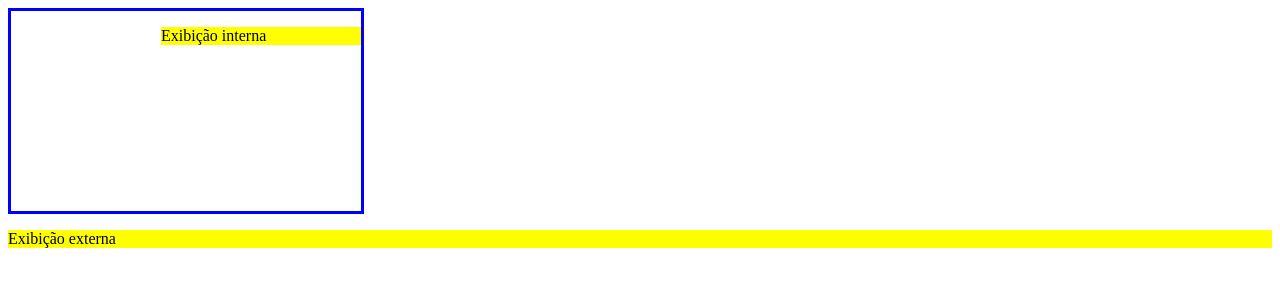
Repository: NicholasMaestrello/treinamento-impacta
Page: DesenvolvimentoJava/Modulo06/01_ConceitosHTMLCSS/WebContent/exemplo_box.html
These files come from the project's save history. The page is drawn as it stood at one moment and after the next save; the edit follows.
The browser window is 1280 px wide. The pictures show the whole page.

Above is the page before, as saved 2017-10-18 16:48:30.

### DesenvolvimentoJava/Modulo06/01_ConceitosHTMLCSS/WebContent/exemplo_box.html
<!DOCTYPE html>
<html>
<head>
<meta charset="ISO-8859-1">
<title>Exemplo de box </title>

<style type="text/css">
	.modo{
		width: 200px;
		height: 200px;
		padding-left: 150px;
		border: 3px solid blue;
	}

	p{
		background-color: yellow;
	}
</style>

</head>
<body>

	<div class="modo">
		<p>Exibição interna</p>
	</div>
	<p>Exibição externa</p>

</body>
</html>

After the next save:
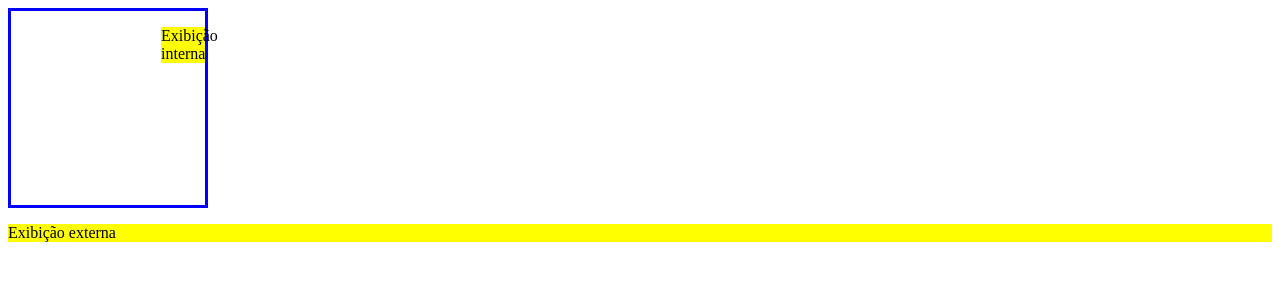
Saved 3 min 18 s later.
--- a/DesenvolvimentoJava/Modulo06/01_ConceitosHTMLCSS/WebContent/exemplo_box.html
+++ b/DesenvolvimentoJava/Modulo06/01_ConceitosHTMLCSS/WebContent/exemplo_box.html
@@ -10,6 +10,7 @@
 		height: 200px;
 		padding-left: 150px;
 		border: 3px solid blue;
+		box-sizing: border-box;
 	}
 
 	p{
